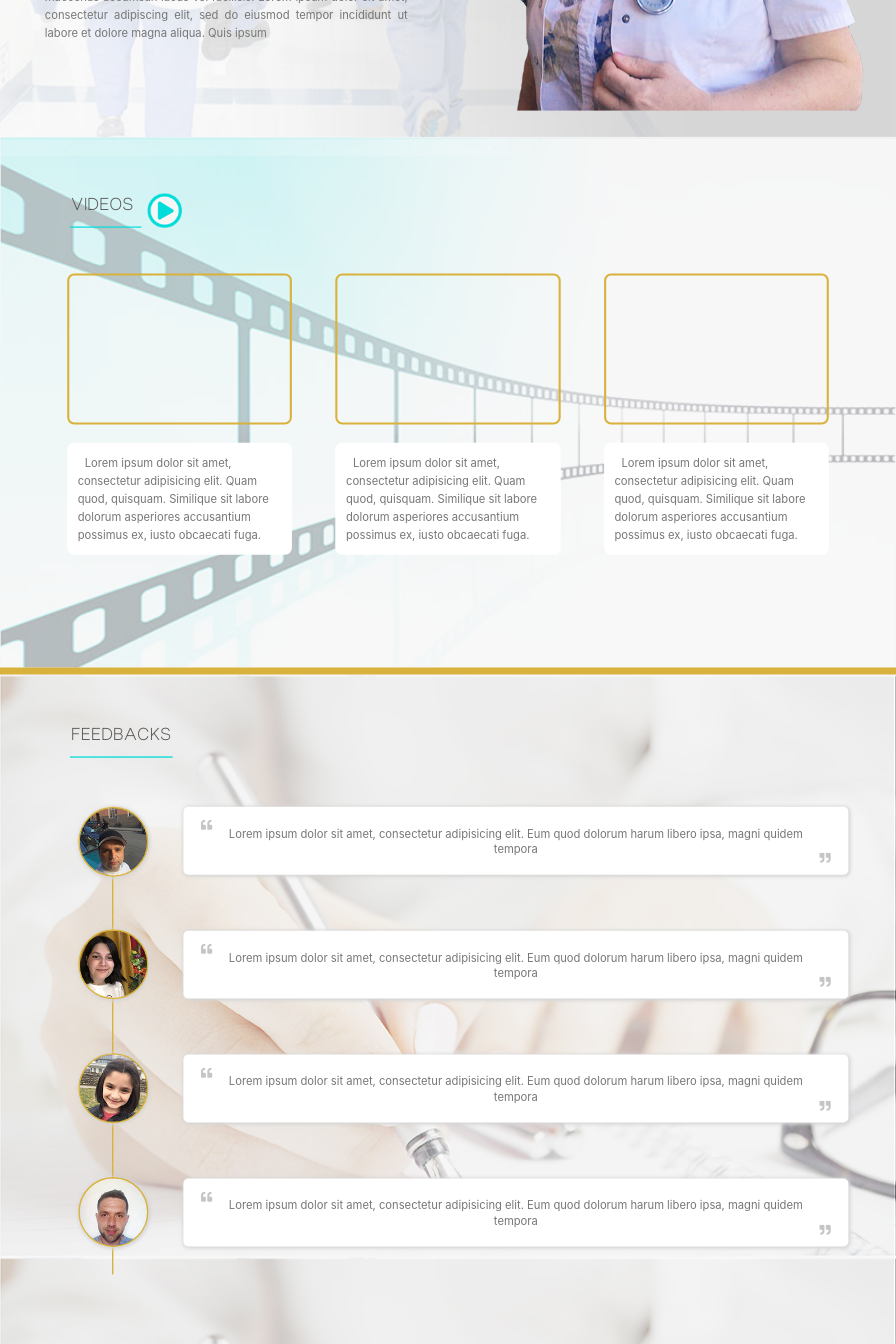
Repository: Aleksandre19/cv-ucmp
Page: index.html
The author's editor kept a record of every edit. The page is drawn from the files as they stood at one moment, then again after the next edit.
The browser window is 1280 px wide. The pictures show the part of the page from y = 2322 to 4242 px (the page is 4242 px tall before and 4202 px after), at 70% of full size.
Pictures or frames that could not be fetched are drawn as grey boxes. Backgrounds fixed to the window are drawn as part of the page. Some web libraries are served in a nearby version.

Above is the page before.

After the next edit:
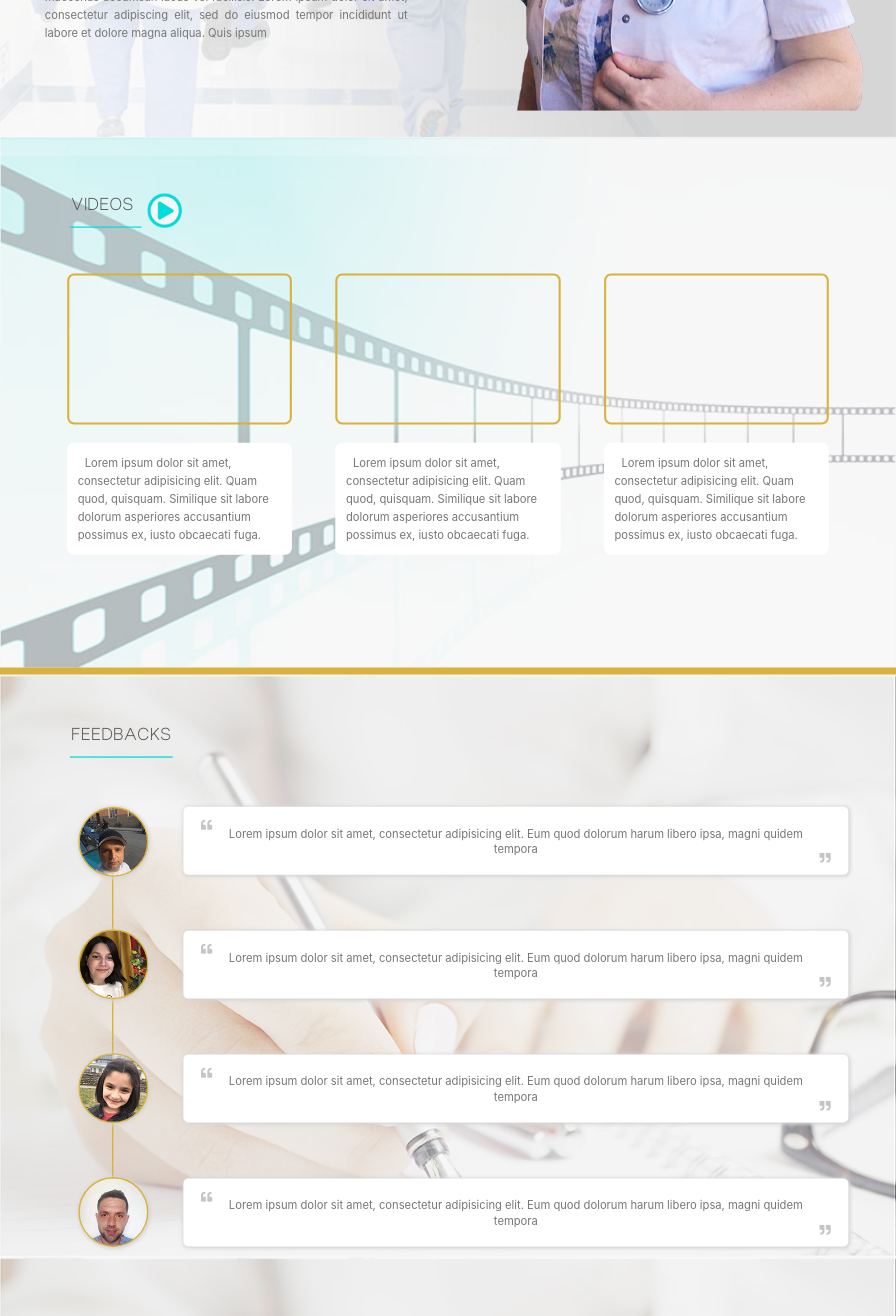
The edit:
--- a/index.html
+++ b/index.html
@@ -348,7 +348,7 @@
                             <div class="feedback-img feedback4">
 
                             </div>
-                            <p class="feedback-text">
+                            <p class="feedback-text last-feedback">
                                 <i class="fas fa-quote-left front-quote feedback-quote"></i>
                                 Lorem ipsum dolor sit amet, consectetur adipisicing elit. Eum quod dolorum harum libero ipsa, magni quidem tempora
                                 <i class="fas fa-quote-right black-quote feedback-quote"></i>
